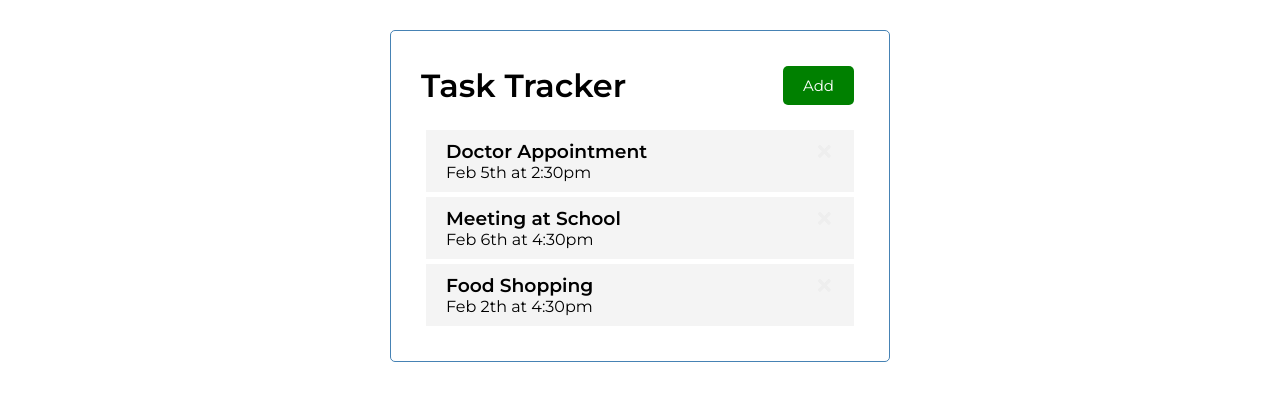
Repository: kate30980/task-tracker-reactjs
Page: /
The author's editor kept a copy of each file at every save. The page is drawn from the files as they stood at one save, then again after the next save.
The browser window is 1280 px wide. The pictures show the whole page.
The project was rebuilt for these pictures with package versions that can differ from the ones it lists, and the page was loaded fresh each time.

Above is the page before, as saved 2021-09-19 15:46:04.

### public/index.html
<!DOCTYPE html>
<html lang="en">

<head>
  <meta charset="utf-8" />
  <link rel="icon" href="%PUBLIC_URL%/favicon.ico" />
  <meta name="viewport" content="width=device-width, initial-scale=1" />
  <meta name="theme-color" content="#000000" />
  <meta name="description" content="Web site created using create-react-app" />
  <link rel="apple-touch-icon" href="%PUBLIC_URL%/logo192.png" />
  <!--
      manifest.json provides metadata used when your web app is installed on a
      user's mobile device or desktop. See https://developers.google.com/web/fundamentals/web-app-manifest/
    -->
  <link rel="manifest" href="%PUBLIC_URL%/manifest.json" />
  <!--
      Notice the use of %PUBLIC_URL% in the tags above.
      It will be replaced with the URL of the `public` folder during the build.
      Only files inside the `public` folder can be referenced from the HTML.

      Unlike "/favicon.ico" or "favicon.ico", "%PUBLIC_URL%/favicon.ico" will
      work correctly both with client-side routing and a non-root public URL.
      Learn how to configure a non-root public URL by running `npm run build`.
    -->
  <title>Task Tracker</title>
</head>

<body>
  <noscript>You need to enable JavaScript to run this app.</noscript>
  <div id="root"></div>
  <!--
      This HTML file is a template.
      If you open it directly in the browser, you will see an empty page.

      You can add webfonts, meta tags, or analytics to this file.
      The build step will place the bundled scripts into the <body> tag.

      To begin the development, run `npm start` or `yarn start`.
      To create a production bundle, use `npm run build` or `yarn build`.
    -->
</body>

</html>

### src/index.css

@import url('https://fonts.googleapis.com/css2?family=Montserrat:wght@300;400;600&display=swap');

*{
  box-sizing: border-box;
  margin:0;
  padding:0;
}

body {
  font-family: 'Montserrat', sans-serif;
}

.container {
  max-width: 500px;
  margin: 30px auto;
  overflow: auto;
  min-height: 300px;
  border: 1px solid steelblue;
  padding: 30px;
  border-radius: 5px;
}
.header{
  display: flex;
  justify-content: space-between;
  align-items: center;
  margin-bottom: 20px;
}
.btn{
  display: inline-block;
  background: #000;color: #fff;
  border: none;
  padding: 10px 20px;
  margin: 5px;
  border-radius:5px;
  cursor: pointer;
  text-decoration: none;
  font-size: 15px;
  font-family: inherit;
}
.btn:focus{
  outline: none;
}
.btn:active{
  transform:scale(0.98);
}
.btn-block{
  display: block;
  width: 100%;
}
.task{
  background:#f4f4f4;
  margin: 5px;
  padding: 10px 20px;
  cursor: pointer;
}
.task .reminder{
  border-left: 5px solid green;
}
.task h3{
  display: flex;
  align-items:center;
  justify-content: space-between;
}
.add-form{
  margin-bottom: 40px;
}
.from-control{
  margin: 20px 0;
}
.from-control label {
  display: block;
}
.from-control input{
  width: 100%;
  height: 40px;
  margin: 5px;
  padding: 3px 7px;
  font-size: 17px;
}
.form-control-check{
  display: flex;
  align-items: center;
  justify-content: space-between;
}
.form-control-check label{
  flex: 1;
}
.form-control-check input {
  flex: 2;
  height: 20px;
}
footer{
  margin-top: 30px;
  text-align: center;
}

### src/App.js
import { useState } from "react";
import Header from "./components/Header";
import Tasks from "./components/Tasks";

function App() {
  const [tasks, setTasks] = useState([
    {
      id: 1,
      text: "Doctor Appointment",
      day: "Feb 5th at 2:30pm",
      reminder: true,
    },
    {
      id: 2,
      text: "Meeting at School",
      day: "Feb 6th at 4:30pm",
      reminder: true,
    },
    {
      id: 3,
      text: "Food Shopping",
      day: "Feb 2th at 4:30pm",
      reminder: false,
    },
  ]);
  return (
    <div className="container">
      <Header />
      <Tasks tasks={tasks} />
    </div>
  );
}

export default App;

### src/components/Header.js
import PropTypes from "prop-types";
import Button from "./Button";

const Header = ({ title }) => {
  const onClick = () => {
    console.log("Click");
  };
  return (
    <header className="header">
      <h1>{title}</h1>
      <Button color="green" text="Add" onClick={onClick} />
    </header>
  );
};

Header.defaultProps = {
  title: "Task Tracker",
};

Header.propTypes = {
  title: PropTypes.string.isRequired,
};

export default Header;

### src/components/Tasks.js
import Task from "./Task";

const Tasks = ({ tasks }) => {
  return (
    <>
      {tasks.map((task) => (
        <Task key={task.id} task={task} />
      ))}
    </>
  );
};

export default Tasks;

### src/components/Task.js
import { FaTimes } from "react-icons/fa";

const Task = ({ task }) => {
  return (
    <div className="task">
      <h3>
        {task.text} <FaTimes style={{ color: "#eee", cursor: "pointer" }} />
      </h3>
      <p>{task.day}</p>
    </div>
  );
};

export default Task;

Loaded but not shown: src/index.js (common file); src/reportWebVitals.js (common file); src/components/Button.js (common file)

After the next save:
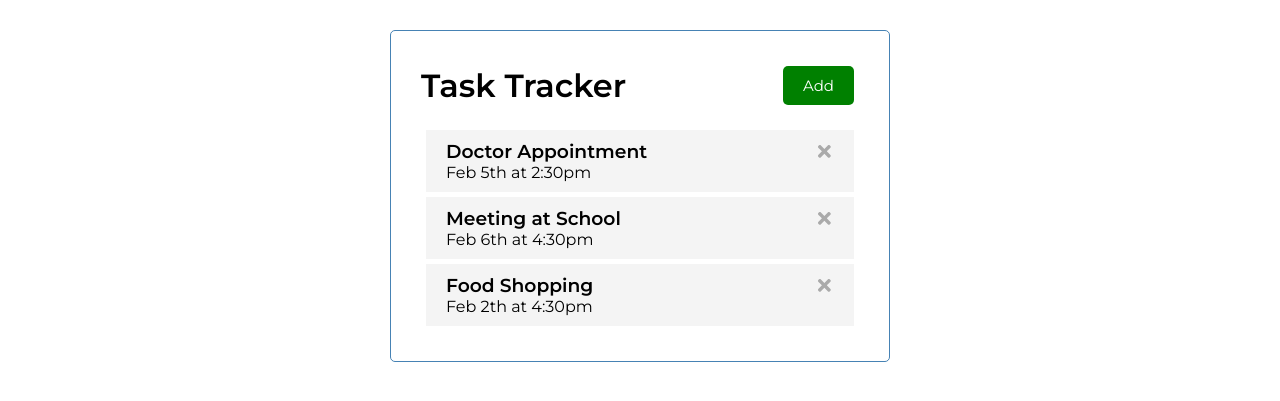
Saved 12 s later.
--- a/src/components/Task.js
+++ b/src/components/Task.js
@@ -4,7 +4,7 @@ const Task = ({ task }) => {
   return (
     <div className="task">
       <h3>
-        {task.text} <FaTimes style={{ color: "#eee", cursor: "pointer" }} />
+        {task.text} <FaTimes style={{ color: "#aaa", cursor: "pointer" }} />
       </h3>
       <p>{task.day}</p>
     </div>
